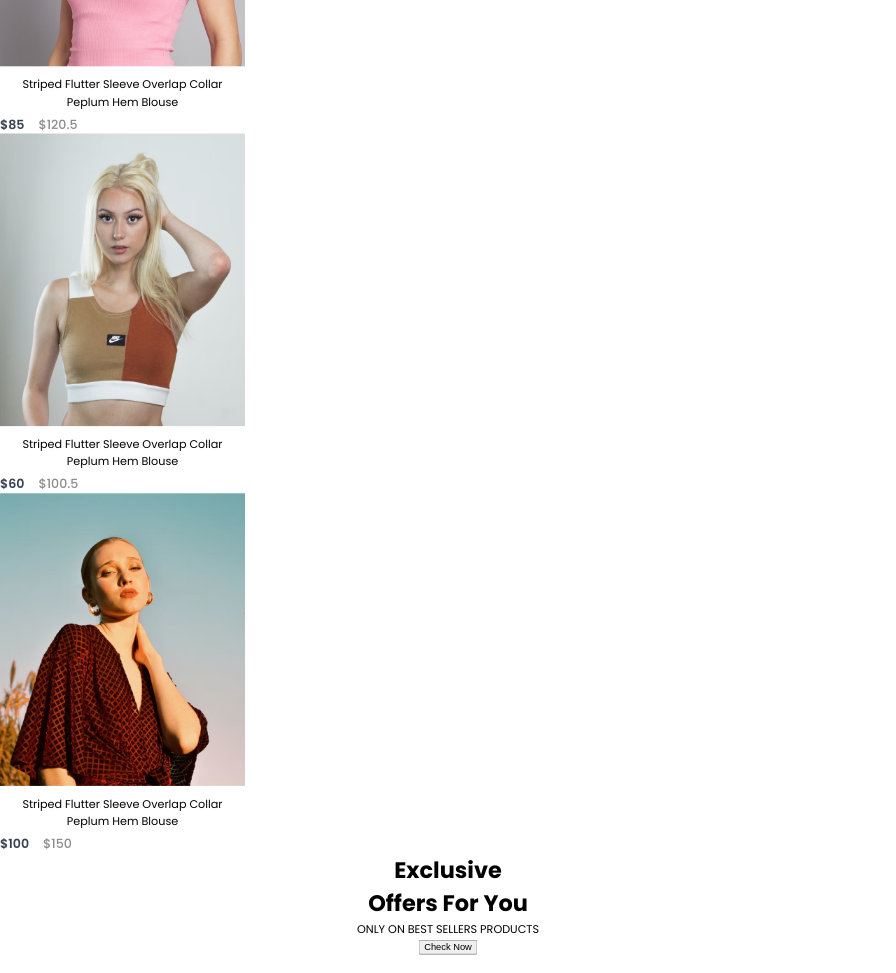
Repository: saritha55/EcommerceReactJs
Page: /
The author's editor kept a copy of each file at every save. The page is drawn from the files as they stood at one save, then again after the next save.
The browser window is 1280 px wide. The pictures show the part of the page from y = 1704 to 3624 px (the page is 3094 px tall before and 3624 px after), at 70% of full size.
The project was rebuilt for these pictures with package versions that can differ from the ones it lists, and the page was loaded fresh each time. Also part of the build but not shown: src/Components/Popular/Popular.css, src/Components/Offers/Offers.css, src/Pages/ShopCategory.jsx, src/Pages/Product.jsx, src/Pages/Cart.jsx, src/Pages/LoginSignup.jsx.

Above is the page before, as saved 2024-12-02 16:05:45.

### public/index.html
<!DOCTYPE html>
<html lang="en">
  <head>
    <meta charset="utf-8" />
    <link rel="icon" href="%PUBLIC_URL%/favicon.ico" />
    <meta name="viewport" content="width=device-width, initial-scale=1" />
    <meta name="theme-color" content="#000000" />
    <meta
      name="description"
      content="Web site created using create-react-app"
    />
    <link rel="apple-touch-icon" href="%PUBLIC_URL%/logo192.png" />
    <!--
      manifest.json provides metadata used when your web app is installed on a
      user's mobile device or desktop. See https://developers.google.com/web/fundamentals/web-app-manifest/
    -->
    <link rel="manifest" href="%PUBLIC_URL%/manifest.json" />

    <link rel="preconnect" href="https://fonts.googleapis.com">
    <link rel="preconnect" href="https://fonts.gstatic.com" crossorigin>
    <link href="https://fonts.googleapis.com/css2?family=Poppins:ital,wght@0,100;0,200;0,300;0,400;0,500;0,600;0,700;0,800;0,900;1,100;1,200;1,300;1,400;1,500;1,600;1,700;1,800;1,900&display=swap" rel="stylesheet">
    <!--
      Notice the use of %PUBLIC_URL% in the tags above.
      It will be replaced with the URL of the `public` folder during the build.
      Only files inside the `public` folder can be referenced from the HTML.

      Unlike "/favicon.ico" or "favicon.ico", "%PUBLIC_URL%/favicon.ico" will
      work correctly both with client-side routing and a non-root public URL.
      Learn how to configure a non-root public URL by running `npm run build`.
    -->
    <title>E-commerce</title>
  </head>
  <body>
    <noscript>You need to enable JavaScript to run this app.</noscript>
    <div id="root"></div>
    <!--
      This HTML file is a template.
      If you open it directly in the browser, you will see an empty page.

      You can add webfonts, meta tags, or analytics to this file.
      The build step will place the bundled scripts into the <body> tag.

      To begin the development, run `npm start` or `yarn start`.
      To create a production bundle, use `npm run build` or `yarn build`.
    -->
  </body>
</html>

### src/App.js
import './App.css';
import Navbar from './Components/Navbar/Navbar';
import { BrowserRouter, Routes,Route } from 'react-router-dom';
import Shop from './Pages/Shop';
import ShopCategory
 from './Pages/ShopCategory';
import Product from './Pages/Product';
import Cart from './Pages/Cart';
import LoginSignup from './Pages/LoginSignup';

function App() {
  return (
    <div className="App">
      <BrowserRouter>
      <Navbar />
      <Routes>
        <Route path ='/' element={<Shop/>} />
        <Route path ='/mens' element={<ShopCategory category="men"/>} />
        <Route path ='/womens' element={<ShopCategory category="women"/>} />
        <Route path ='/kids' element={<ShopCategory category="kid"/>} />
        <Route path="product" element={<Product/>}>
            <Route path=':productId' element={<Product/>} />
        </Route>
        <Route path ='/cart' element={<Cart/>} />
        <Route path ='/login' element={<LoginSignup/>} />

      </Routes>
      </BrowserRouter>
    </div>
  );
}

export default App;

### src/Components/Navbar/Navbar.jsx
import React from 'react'
import { useState } from 'react'
import './Navbar.css'
import logo from '../Assets/logo.png'
import cart_icon from '../Assets/cart_icon.png'
import { Link } from 'react-router-dom'

const Navbar = () => {

    const [menu,setMenu] = useState("shop");

  return (
    <div className='navbar'>
      <div className="nav-logo">
        <img src={logo} alt="" />
        <p>SHOPPER</p>
      </div>
      <ul className="nav-menu">
        <li onClick={()=>{setMenu("shop")}} > <Link  style={{ textDecoration: 'none'}} to='/'>Shop</Link> {menu==="shop"?<hr/>:<></>} </li>
        <li onClick={()=>{setMenu("mens")}}><Link style={{ textDecoration: 'none'}} to='/mens'>Men </Link>{menu==="mens"?<hr/>:<></>}</li>
        <li onClick={()=>{setMenu("womens")}}><Link style={{ textDecoration: 'none'}} to='/womens'>Women </Link> {menu==="womens"?<hr/>:<></>}</li>
        <li onClick={()=>{setMenu("kids")}}> <Link style={{ textDecoration: 'none'}} to='/kids'>Kids</Link> {menu==="kids"?<hr/>:<></>}</li>
      </ul>
      <div className="nav-login-cart">
        <Link to='/login'><button>Login</button></Link>
        <Link to='/cart'><img src={cart_icon} alt="" /></Link>
        <div className="nav-cart-count">0</div>
      </div>
    </div>
  )
}

export default Navbar

### src/Pages/Shop.jsx
import React from 'react'
import Hero from '../Components/Hero/Hero'
import Popular from '../Components/Popular/Popular'
import Offers from '../Components/Offers/Offers'

const Shop = () => {
  return (
    <div>
      <Hero/>
      <Popular/>
      <Offers/>
    </div>
  )
}

export default Shop

### src/Components/Navbar/Navbar.css
.navbar{
    display: flex;
    justify-content: space-around;
    padding: 16px;
    box-shadow: 0 1px 3px -2px black;
}

.nav-logo{
    display: flex;
    align-items: center;
    gap: 10px;
}
.nav-logo p{
    color: #171717;
    font-size: 38px;
    font-weight: 600;
}
.nav-menu{
    display: flex;
    align-items: center;
    list-style: none;
    gap: 50px;
    color: #626262;
    font-size: 20px;
    font-weight: 500;
}
.nav-menu li{
    display: flex;
    flex-direction: column;
    align-items: center;
    gap: 3px;
    cursor: pointer;
}
.nav-menu hr{
    border: none;
    width: 80%;
    height: 3px;
    border-radius: 10px;
    background: #ff4141;
}
.nav-login-cart{
    display: flex;
    align-items: center;
    gap: 45px;
}
.nav-login-cart button{
    width: 157px;
    height: 58px;
    outline: none;
    border: 1px solid #7a7a7a;
    border-radius: 75px;
    color: #515151;
    font-size: 20px;
    font-weight: 500;
    background: white;
    cursor: pointer;

}
.nav-login-cart button:active{
    background: #f3f3f3;
}
.nav-cart-count{
    width: 22px;
    height: 22px;
    display: flex;
    justify-content: center;
    align-items: center;
    margin-top: -35px;
    margin-left: -55px;
    border-radius: 11px;
    font-size: 14px;
    background: red;
    color: white;
}

### src/Components/Hero/Hero.jsx
import React from 'react'
import './Hero.css'
import hand_icon from '../Assets/hand_icon.png'
import arrow_icon from '../Assets/arrow.png'
import hero_image from '../Assets/hero_image.png'

const Hero = () => {
  return (
    <div className='hero'>
      <div className="hero-left">
        <h2>New ARRIVALS ONLY</h2>
        <div>
            <div className="hero-hand-icon">
                <p>new</p>
                <img src={hand_icon} alt="" />
            </div>
            <p>Collections</p>
            <p>for everyone</p>
        </div>
        <div className="hero-latest-btn">
            <div>Latest Collection</div>
            <img src={arrow_icon} alt="" />
        </div>
      </div>
      <div className="hero-right">
        <img src={hero_image} alt="" />

      </div>
    </div>
  )
}

export default Hero

### src/Components/Popular/Popular.jsx
import React from 'react'
import './Popular.css'
import data_product from '../Assets/data'
import Item from '../Item/Item'


const Popular = () => {
  return (
    <div className='popular'>
      <h1>POPULAR IN WOMEN</h1>
      <hr />
      <div className="popular-item">
        {data_product.map((item,i)=>{
            return <Item key={i} id={item.id} name={item.name} image={item.image} new_price={item.new_price} old_price={item.old_price} />
        })}
      </div>
    </div>
  )
}

export default Popular

### src/Components/Offers/Offers.jsx
import React from 'react'
import './Offers.css'
import exclusive_image from '../Assets/exclusive_image.png'

const Offers = () => {
  return (
    <div className='offers'>
      <div className="offers-left">
        <h1>Exclusive</h1>
        <h1>Offers For You</h1>
        <p>ONLY ON BEST SELLERS PRODUCTS</p>
        <button>Check Now</button>
      </div>
      <div className="offers-right">
            <img src="" alt="" />
      </div>
    </div>
  )
}

export default Offers

### src/Components/Hero/Hero.css
.hero{
    height: 100vh;
    background: linear-gradient(180deg, #fde1ff, #e1ffea22 60%);
    display: flex;

}
.hero-left{
    flex: 1;
    display: flex;
    flex-direction: column;
    justify-content: center;
    gap: 20px;
    padding-left: 180px;
    line-height: 1.1;

}
.hero-left h2{
    color: #090909;
    font-size: 26px;
    font-weight: 600;
}
.hero-left p{
    color: #171717;
    font-size: 45px;
    font-weight: 700;
}
.hero-hand-icon{
   display: flex;
   align-items: center;
   gap: 20px;
}
.hero-hand-icon img{
    width: 105px;
}
.hero-latest-btn{
    display: flex;
    justify-content: center;
    align-items: center;
    gap: 15px;
    width: 310px;
    height: 70px;
    border-radius: 75px;
    margin-top: 30px;
    background: #ff4141;
    color: white;
    font-size: 22px;
    font-weight: 500;

}
.hero-right{
    flex: 1;
    display: flex;
    align-items: center;
    justify-content: center;
}
.hero-right img{
    width: 80%;

}

### src/Components/Assets/data.js
import p1_img from './product_1.png'
import p2_img from './product_2.png'
import p3_img from './product_3.png'
import p4_img from './product_4.png'

let data_product = [
  {
    id:1,
    name:"Striped Flutter Sleeve Overlap Collar Peplum Hem Blouse",
    image:p1_img,
    new_price:50.00,
    old_price:80.50,
  },
  {id:2,
    name:"Striped Flutter Sleeve Overlap Collar Peplum Hem Blouse",
    image:p2_img,
    new_price:85.00,
    old_price:120.50,
  },
  {id:3,
    name:"Striped Flutter Sleeve Overlap Collar Peplum Hem Blouse",
    image:p3_img,
    new_price:60.00,
    old_price:100.50,
  },
  {id:4,
    name:"Striped Flutter Sleeve Overlap Collar Peplum Hem Blouse",
    image:p4_img,
    new_price:100.00,
    old_price:150.00,
  },
];

export default data_product;

### src/Components/Item/Item.jsx
import React from 'react'
import './Item.css'

const Item = (props) => {
  return (
    <div className='item'>
        <img src={props.image} alt="" />
        <p>{props.name}</p>
        <div className="item-prices">
            <div className="item-price-new">
                ${props.new_price}
            </div>
            <div className="item-price-old">
                ${props.old_price}
            </div>

        </div>

    </div>
  )
}

export default Item

### src/Components/Item/Item.css
.item{
    width: 350px;
}

.item p{
    margin: 6px 0px;

}

.item-prices{
    display: flex;
    gap: 20px;
}
.item-price-new{
    color: #374151;
    font-size: 18px;
    font-weight: 600;
}
.item-price-old{
    color: #8c8c8c;
    font-size: 18px;
    font-weight: 500;
}

Loaded but not shown: src/index.js (common file); src/index.css (common file); src/reportWebVitals.js (common file); src/App.css (common file)

After the next save:
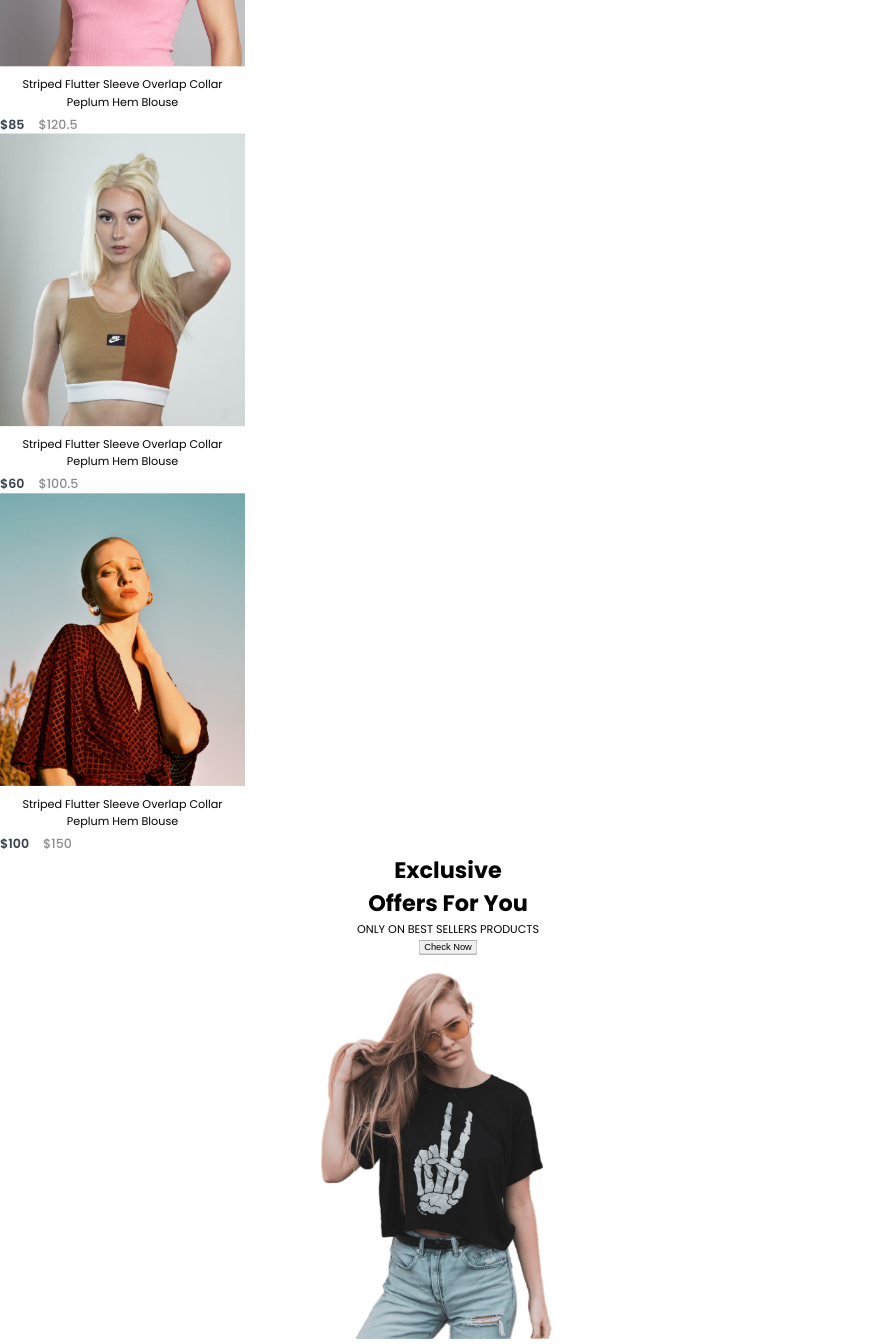
Saved 21 s later.
--- a/src/Components/Offers/Offers.jsx
+++ b/src/Components/Offers/Offers.jsx
@@ -12,7 +12,7 @@
         <button>Check Now</button>
       </div>
       <div className="offers-right">
-            <img src="" alt="" />
+            <img src={exclusive_image} alt="" />
       </div>
     </div>
   )
